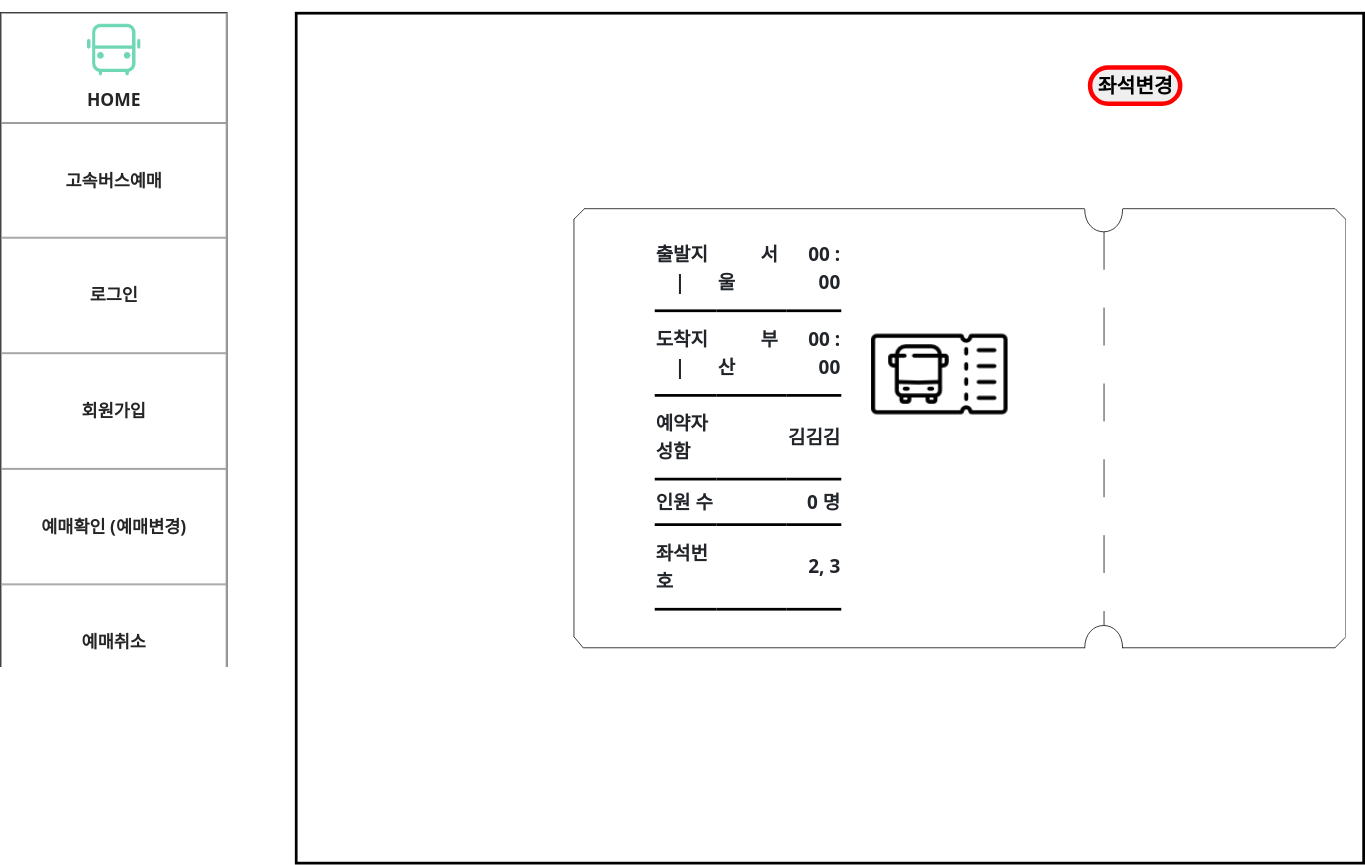
Repository: rudqhd79/spring_personal
Page: http://localhost/reservation/check
These files come from the project's save history. The page is drawn as it stood at one moment and after the next save; the edit follows.
The browser window is 1280 px wide. The page is 1500 px wide, so the pictures cover 1500 px, including what lies to the right of the window. The pictures show the whole page, at 91% of full size.
The page is this project's Thymeleaf template; nobody is signed in. The template is opened directly, without the code that normally fills it, so the values that code supplies are empty.

Above is the page before, as saved 2023-02-03 07:16:48.

### bus-reservation/src/main/resources/templates/reservation/check.html
<!DOCTYPE html>
<html xmlns:th="http://www.thymeleaf.org"
	xmlns:layout="http://www.ultraq.net.nz/thymeleaf/layout">
<link rel="stylesheet"
	href="//maxcdn.bootstrapcdn.com/bootstrap/latest/css/bootstrap.min.css">
<script src="//code.jquery.com/jquery.min.js"></script>
<script
	src="//maxcdn.bootstrapcdn.com/bootstrap/latest/js/bootstrap.min.js"></script>
<head>
<meta charset="UTF-8">
<title>main</title>
<!-- bootstrap css -->
<link
	href="https://cdn.jsdelivr.net/npm/bootstrap@5.3.0-alpha1/dist/css/bootstrap.min.css"
	rel="stylesheet"
	integrity="sha384-GLhlTQ8iRABdZLl6O3oVMWSktQOp6b7In1Zl3/Jr59b6EGGoI1aFkw7cmDA6j6gD"
	crossorigin="anonymous">
<link th:href="@{/css/all.css}" rel="stylesheet">
<!-- bootstrap js, popper -->
<script
	src="https://cdn.jsdelivr.net/npm/@popperjs/core@2.11.6/dist/umd/popper.min.js"
	integrity="sha384-oBqDVmMz9ATKxIep9tiCxS/Z9fNfEXiDAYTujMAeBAsjFuCZSmKbSSUnQlmh/jp3"
	crossorigin="anonymous"></script>
<script
	src="https://cdn.jsdelivr.net/npm/bootstrap@5.3.0-alpha1/dist/js/bootstrap.min.js"
	integrity="sha384-mQ93GR66B00ZXjt0YO5KlohRA5SY2XofN4zfuZxLkoj1gXtW8ANNCe9d5Y3eG5eD"
	crossorigin="anonymous"></script>
<!-- jquery  -->
<script src="https://code.jquery.com/jquery-3.6.3.min.js"
	integrity="sha256-pvPw+upLPUjgMXY0G+8O0xUf+/Im1MZjXxxgOcBQBXU="
	crossorigin="anonymous"></script>
<th:block layout:fragment="script"></th:block>
<th:block layout:fragment="css"></th:block>
</head>
<body>
	<div class="fragment-sidebar">
		<div th:replace="fragments/sidebar::sidebar"></div>
		<div class="base_angle" style="margin-top: 1vw">
			<form class="seat_form" th:action="@{seat}" method="get">
				<div class="check_child" style="position: relative;">
			 		<img src="/img/ticket_img.svg" style="width: 850px; height: 500px; position:absolute" />
					<div class="check_child">
						<table style="height: 420px; margin-top: 10px">
							<tr class="check_tr_three">
								<th class="check_th">출발지 &emsp;| &emsp;</th>
								<th class="check_th"> &emsp; &emsp;서울</th>
								<th class="check_th">00 : 00</th>
							</tr>
							<tr class="check_tr_three">
								<th class="check_th">도착지 &emsp;| &emsp;</th>
								<th class="check_th"> &emsp; &emsp;부산</th>
								<th class="check_th">00 : 00</th>
							</tr>
							<tr class="check_tr_two">
								<th class="check_th">예약자 성함</th>
								<th class="check_th"></th>
								<th class="check_th">김김김</th>
							</tr>
							<tr class="check_tr_two">
								<th class="check_th">인원 수</th>
								<th class="check_th"></th>
								<th class="check_th">0 명</th>
							</tr>
							<tr class="check_tr_two">
								<th class="check_th">좌석번호</th>
								<th class="check_th"></th>
								<th class="check_th">2, 3</th>
							</tr>
						</table>
					</div>
					<div class="check_child">
						<img src="/img/bus_ticket.png" style="height: 150px; width: 150px" />
					</div>
				</div>
			 	<div>
			 		<p class="change_btn"><input type="submit" value="좌석변경" style="font-weight: bold; border: 5px solid red; border-radius: 30px;" /></p>
			 	</div>
			</form>
		</div>
	</div>
</body>
</html>

### bus-reservation/src/main/resources/templates/fragments/sidebar.html
<!DOCTYPE html>
<html xmlns:th="http://www.thymeleaf.org">
<head>
<meta charset="UTF-8">
<title>Insert title here</title>
<link rel="stylesheet"
	href="//maxcdn.bootstrapcdn.com/bootstrap/latest/css/bootstrap.min.css">
<script src="//code.jquery.com/jquery.min.js"></script>
<script
	src="//maxcdn.bootstrapcdn.com/bootstrap/latest/js/bootstrap.min.js"></script>
</head>
<body>
<!-- 사이드바 -->
	<div th:fragment="sidebar" class="sidebar-total">
		<div id="page-wrapper">
			<div id="sidebar-wrapper">
				<ul class="sidebar-nav">
					<li class="sidebar-main">
						<a href="/">
						<img src="/img/bus_icon.png" style="width:60px; height: 60px; margin-top: 10px;">
							<p class="home">HOME</p>
						</a>
					</li>
					<li class="sidebar-main sidebar-nav_li"><a href="/">고속버스예매</a></li>
					<li class="sidebar-main sidebar-nav_li"><a href="login">로그인</a></li>
					<li class="sidebar-main sidebar-nav_li"><a href="join">회원가입</a></li>
					<li class="sidebar-main sidebar-nav_li"><a href="check">예매확인 (예매변경)</a></li>
					<li class="sidebar-main sidebar-nav_li"><a href="cancel">예매취소</a></li>
					<li class="sidebar-main sidebar-nav_li"><a href="edit">수정 (관리자 전용)</a></li>
				</ul>
			</div>
		</div>
	</div>
<!-- /사이드바 -->
</body>
</html>

### bus-reservation/src/main/resources/static/img/ticket_img.svg
<svg width="1020" height="581" viewBox="0 0 1020 581" fill="none" xmlns="http://www.w3.org/2000/svg">
<path d="M675 0.999998C675 41 725 41 725 1" stroke="black"/>
<line x1="700.5" y1="31" x2="700.5" y2="550" stroke="black" stroke-dasharray="50 50"/>
<line x1="1.5" y1="14" x2="1.5" y2="565" stroke="black"/>
<line x1="1019.5" y1="14" x2="1019.5" y2="565" stroke="black"/>
<path d="M725 580.125C725 540.125 675 540.125 675 580.125" stroke="black"/>
<line x1="15" y1="0.5" x2="675" y2="0.5" stroke="black"/>
<line x1="1005" y1="579.5" x2="725" y2="579.5" stroke="black"/>
<line x1="725" y1="0.5" x2="1005" y2="0.5" stroke="black"/>
<line x1="675" y1="579.5" x2="14" y2="579.5" stroke="black"/>
<line x1="1005.35" y1="0.646447" x2="1019.5" y2="14.7886" stroke="black"/>
<line x1="14.1319" y1="580.039" x2="1.26456" y2="564.728" stroke="black"/>
<line x1="15.4956" y1="0.353553" x2="1.35351" y2="14.4957" stroke="black"/>
<line x1="1004.65" y1="579.789" x2="1018.79" y2="565.646" stroke="black"/>
</svg>

Loaded but not shown: bus-reservation/src/main/resources/static/css/all.css (library)

After the next save:
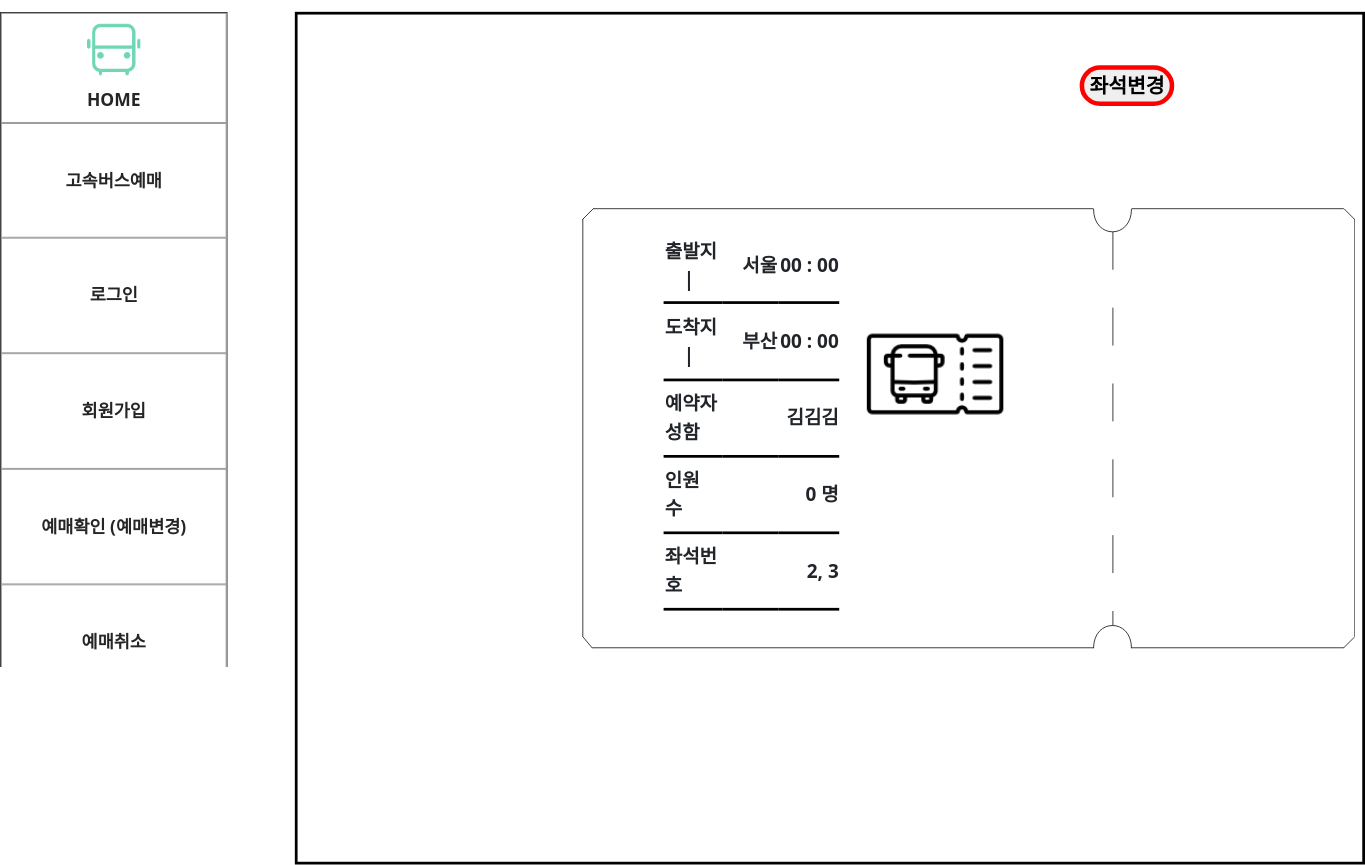
Saved 12 s later.
--- a/bus-reservation/src/main/resources/templates/reservation/check.html
+++ b/bus-reservation/src/main/resources/templates/reservation/check.html
@@ -43,12 +43,12 @@
 						<table style="height: 420px; margin-top: 10px">
 							<tr class="check_tr_three">
 								<th class="check_th">출발지 &emsp;| &emsp;</th>
-								<th class="check_th"> &emsp; &emsp;서울</th>
+								<th class="check_th"> &emsp;서울</th>
 								<th class="check_th">00 : 00</th>
 							</tr>
 							<tr class="check_tr_three">
 								<th class="check_th">도착지 &emsp;| &emsp;</th>
-								<th class="check_th"> &emsp; &emsp;부산</th>
+								<th class="check_th"> &emsp;부산</th>
 								<th class="check_th">00 : 00</th>
 							</tr>
 							<tr class="check_tr_two">
